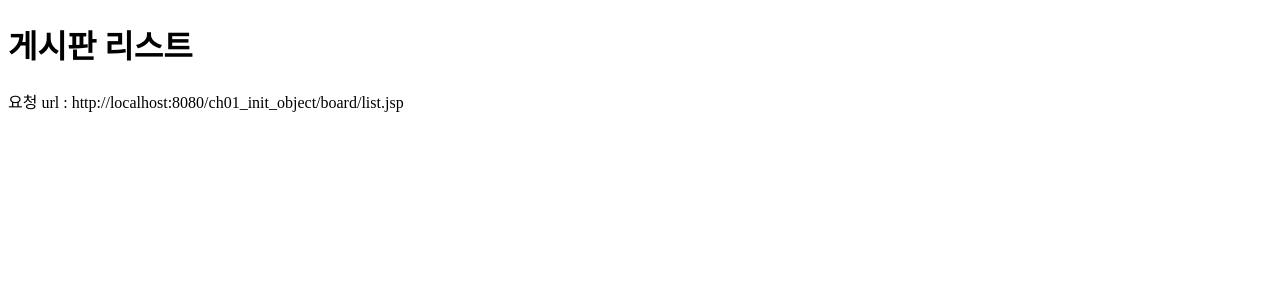
Repository: seokku/java2
Page: http://localhost/ch01_init_object/board/list.jsp
The author's editor kept a copy of each file at every save. The page is drawn from the files as they stood at one save, then again after the next save.
The browser window is 1280 px wide. The pictures show the whole page.
The page is served by Tomcat 9. Other server files are loaded and not shown.

Above is the page before, as saved 2021-02-17 05:36:09.

### workspace/jsp/ch01_init_object/WebContent/board/list.jsp
<%@page import="com.webjjang.main.controller.Beans"%>
<%@ page language="java" contentType="text/html; charset=UTF-8"
    pageEncoding="UTF-8"%>

<%
// ----------- 데이터 처리
// 요청한  url 가져오기
String url = request.getRequestURL().toString();

// List list = Beans.get(url);

%>

<!-- 데이터 표시     -->
<!DOCTYPE html>
<html>
<head>
<meta charset="UTF-8">
<title>게시판 리스트</title>
</head>
<body>
<h1>게시판 리스트</h1>
요청 url : <%= url %>
</body>
</html>

After the next save:
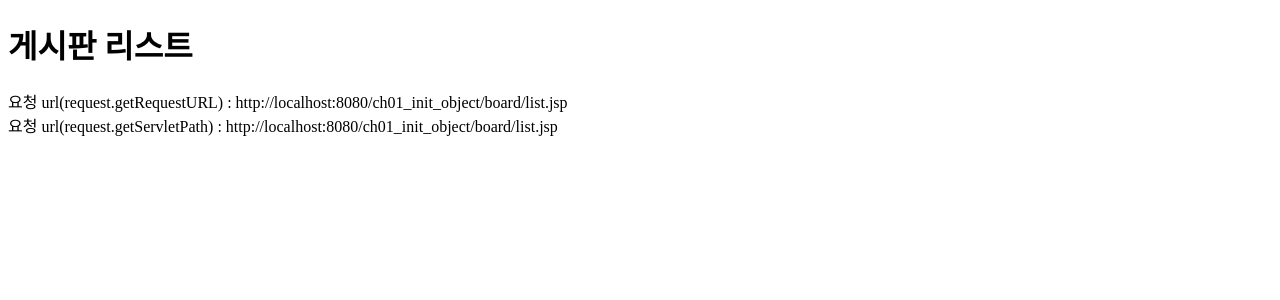
Saved 2 min 52 s later.
--- a/workspace/jsp/ch01_init_object/WebContent/board/list.jsp
+++ b/workspace/jsp/ch01_init_object/WebContent/board/list.jsp
@@ -6,6 +6,7 @@
 // ----------- 데이터 처리
 // 요청한  url 가져오기
 String url = request.getRequestURL().toString();
+String url2 = request.getServletPath();
 
 // List list = Beans.get(url);
 
@@ -20,6 +21,7 @@
 </head>
 <body>
 <h1>게시판 리스트</h1>
-요청 url : <%= url %>
+요청 url(request.getRequestURL) : <%= url %><br/>
+요청 url(request.getServletPath) : <%= url %><br/>
 </body>
 </html>
